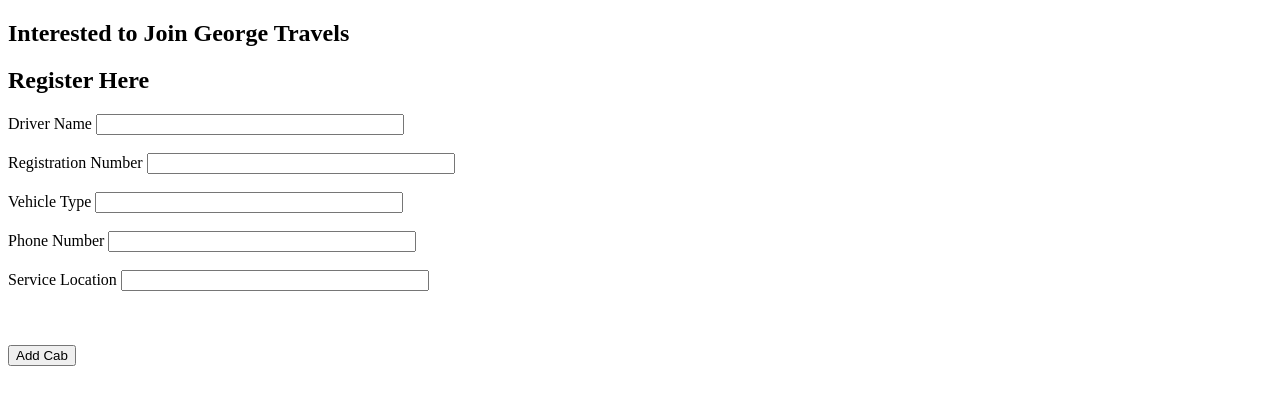
Repository: harshithkandula/Travel-Management-Software
Page: http://localhost/User_Interface_MS/WEB-INF/views/Addcab.jsp
These files come from the project's save history. The page is drawn as it stood at one moment and after the next save; the edit follows.
The browser window is 1280 px wide. The pictures show the whole page.
The page is served by Tomcat 9. Nobody is signed in. Other server files are loaded and not shown. The template is opened directly, without the code that normally fills it, so the values that code supplies are empty.

Above is the page before, as saved 2024-04-30 16:54:42.

### User_Interface_MS/src/main/webapp/WEB-INF/views/Addcab.jsp
<%@ page language="java" contentType="text/html; charset=ISO-8859-1"
    pageEncoding="ISO-8859-1"%>
<!DOCTYPE html>
<html>
<head>
<meta charset="ISO-8859-1">
<title>Join Here</title>
</head>
<body>
     <h2>Interested to Join George Travels</h2>
     <h2>Register Here</h2>

     <form action="join-travels" method="post" modelAttribute="cab">


             <label for="exampleInputDriverName" class="form-label">Driver Name</label>
             <input type="text" class="form-control" name="driverName"   style="width:300px"><br><br>
             <label for="exampleInputRegistrationNumber" class="form-label">Registration Number</label>
             <input type="text" class="form-control" name="rtNumber" style="width:300px"><br><br>
             <label class="form-label" for="exampleInputVehicleType">Vehicle Type</label>
             <input type="text" class="form-control" name="vehicleType" style="width:300px"><br><br>
             <label class="form-label" for="exampleInputPhoneNumber">Phone Number</label>
             <input type="text" class="form-control" name="PhoneNumber" style="width:300px"><br><br>
             <label class="form-label" for="exampleInputServiceLocation">Service Location</label>
             <input type="text" class="form-control" name="serviceLocation" style="width:300px"><br><br>

             <input type="hidden" class="form-control" name="bookingStatus" value="Not Booked" style="width:300px"><br><br>



                <button type="submit" class="btn btn-primary">Add Cab</button>

      </form>
</body>
</html>

After the next save:
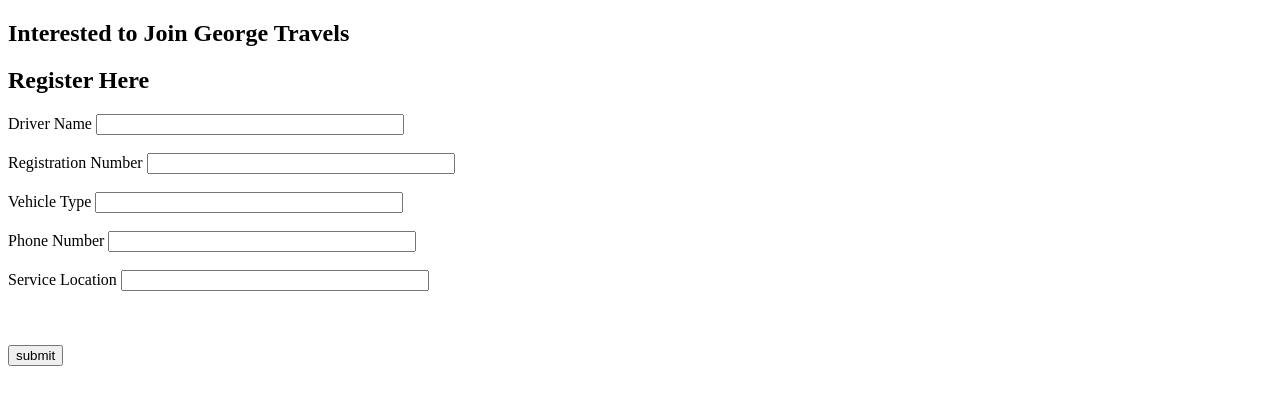
Saved 5 min 10 s later.
--- a/User_Interface_MS/src/main/webapp/WEB-INF/views/Addcab.jsp
+++ b/User_Interface_MS/src/main/webapp/WEB-INF/views/Addcab.jsp
@@ -28,7 +28,7 @@
 
 
 
-                <button type="submit" class="btn btn-primary">Add Cab</button>
+                <input type="submit" value="submit">
 
       </form>
 </body>
